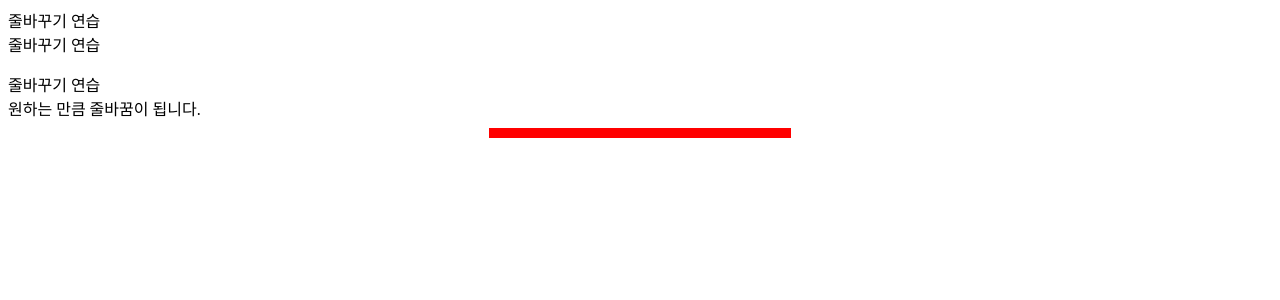
Repository: sungeunbyeol/Nowon-ezen-jsp
Page: test/WebContent/test02.html
These files come from the project's save history. The page is drawn as it stood at one moment and after the next save; the edit follows.
The browser window is 1280 px wide. The pictures show the whole page.

Above is the page before, as saved 2021-11-02 01:55:57.

After the next save:
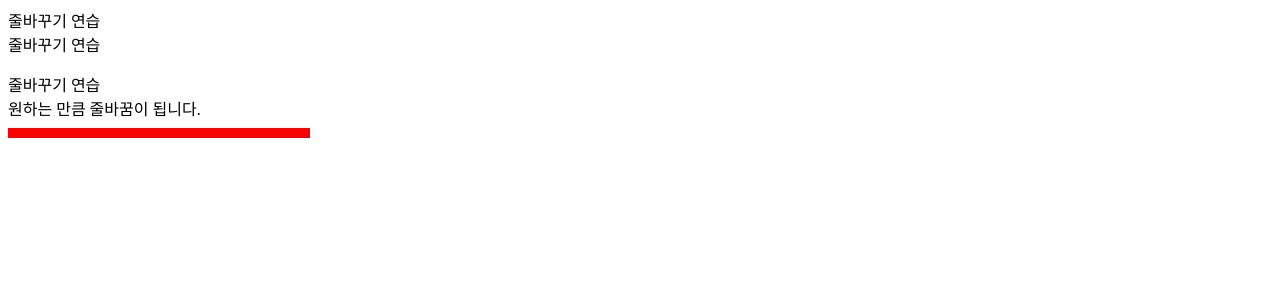
Saved 24 s later.
--- a/test/WebContent/test02.html
+++ b/test/WebContent/test02.html
@@ -9,6 +9,6 @@
 	<div>줄바꾸기 연습</div>
 	원하는 만큼 줄바꿈이 됩니다.
 
-	<hr size="10" color="red" width="300">
+	<hr size="10" color="red" width="300" align="left">
 </body>
 </html>
